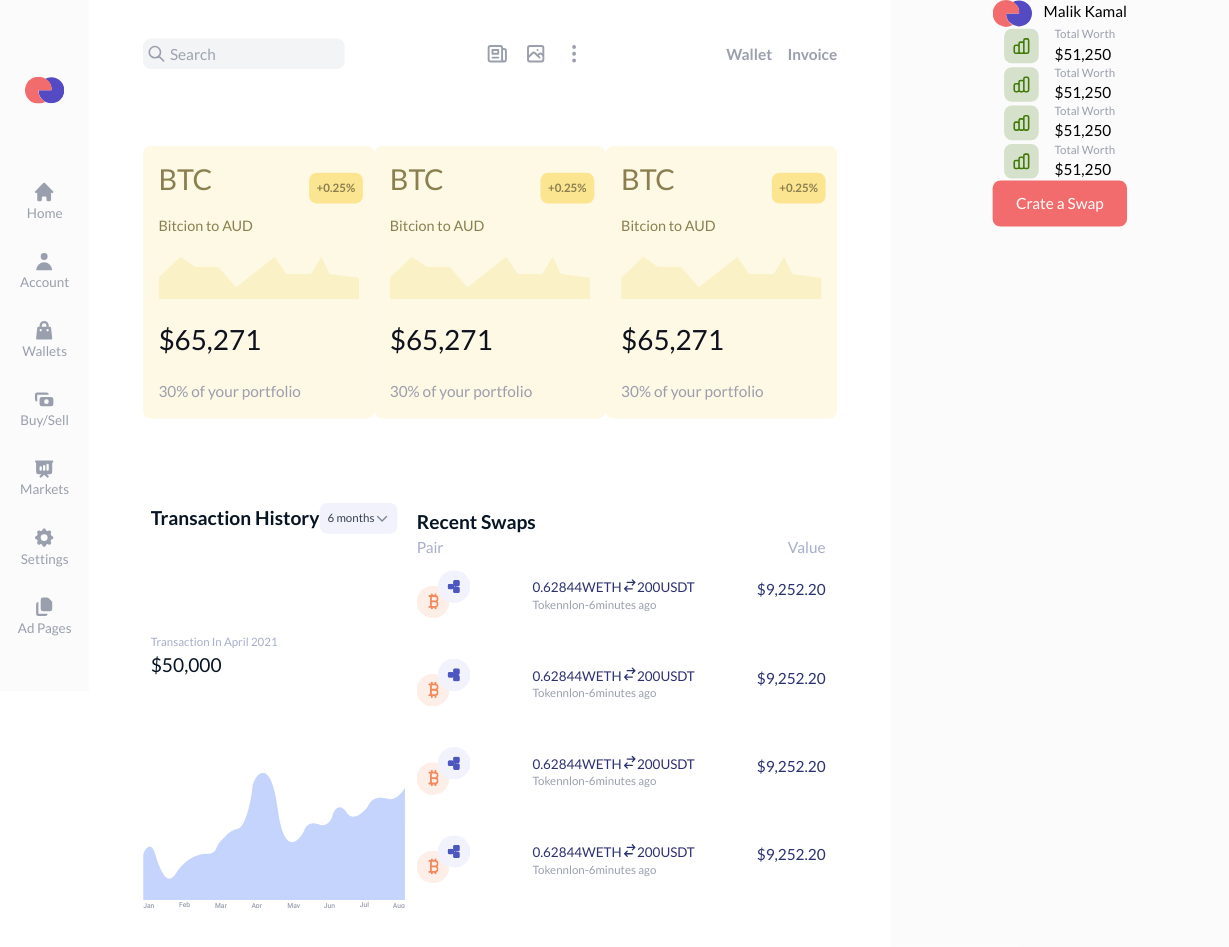
Repository: almaqdad55/crypto-app-nextjs
Page: /
These files come from the project's save history. The page is drawn as it stood at one moment and after the next save; the edit follows.
The browser window is 1280 px wide. The pictures show the whole page, at 96% of full size.
The project was rebuilt for these pictures with package versions that can differ from the ones it lists, and the page was loaded fresh each time. The framework's server and built-in components were replaced by stand-ins that run in the browser.

Above is the page before, as saved 2022-01-04 22:37:15.

After the next save:
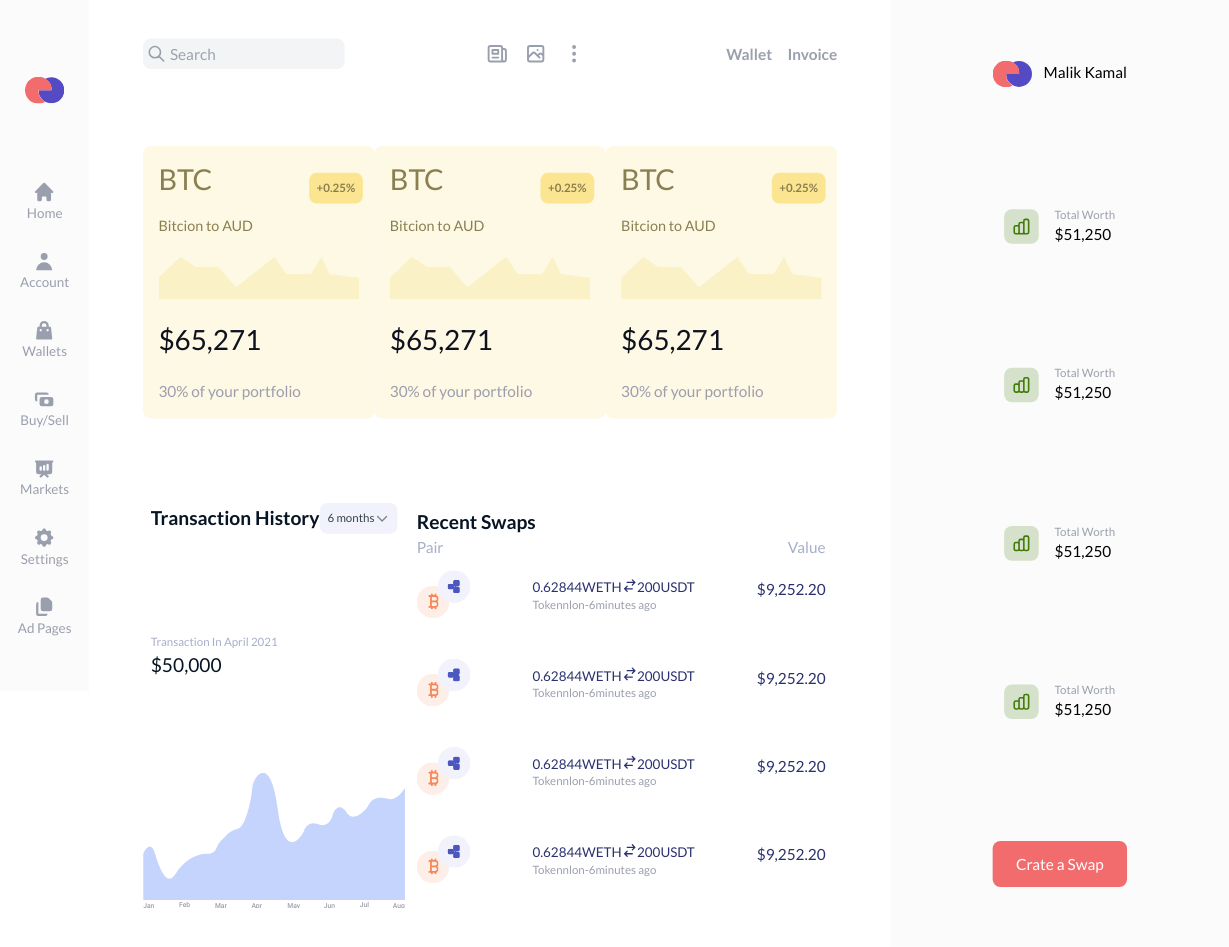
Saved 19 s later.
--- a/components/Widget.jsx
+++ b/components/Widget.jsx
@@ -9,7 +9,7 @@ import StatsDisplay from './StatsDisplay';
 import Button from './Button';
 const Widget = () => {
   return (
-    <div className="bg-[#fbfbfb] min-w-[352px] flex flex-col items-center">
+    <div className="bg-[#fbfbfb] min-w-[352px] flex flex-col items-center justify-around">
       <div className=" flex justify-center space-x-3">
         <img src="/logo.svg" alt="" className="" />
         <h2>Malik Kamal</h2>
